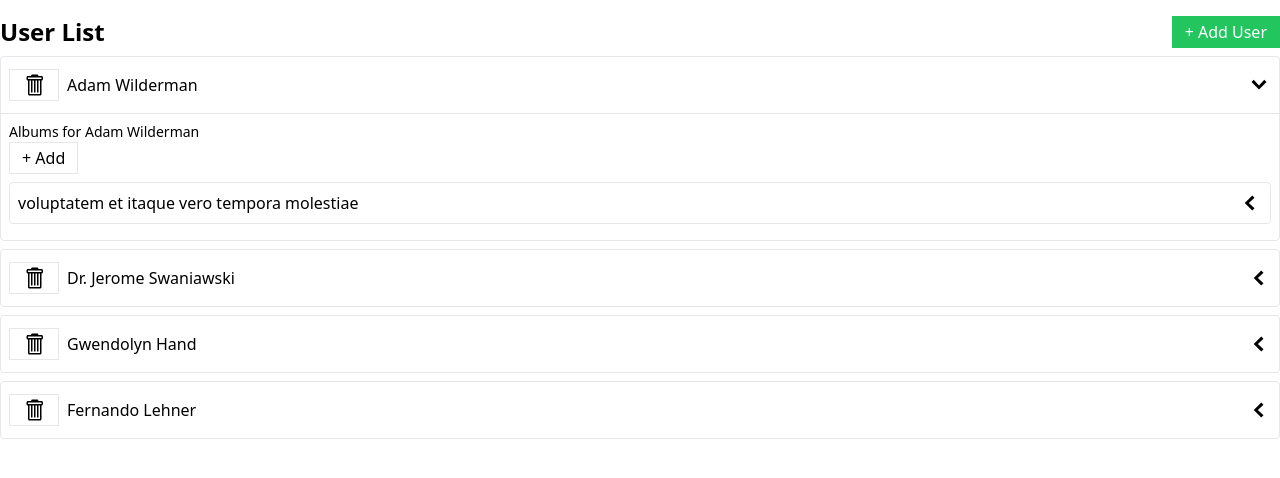
Repository: Marhamat92/users-app-redux-thunk-and-query
Page: /, after clicking the first element matching `div.p-2 > :nth-child(2)`
The author's editor kept a copy of each file at every save. The page is drawn from the files as they stood at one save, then again after the next save.
The browser window is 1280 px wide. The pictures show the whole page.
The project was rebuilt for these pictures with package versions that can differ from the ones it lists, and the page was loaded fresh each time. Requests to the local data server were answered from the project's data file.

Above is the page before, as saved 2023-02-02 17:55:21.

### src/index.js
import React from 'react';
import ReactDOM from 'react-dom/client';
import './index.css';
import App from './App';
import { Provider } from 'react-redux';
import { store } from './store';

const root = ReactDOM.createRoot(document.getElementById('root'));
root.render(
  <Provider store={store}>
    <App />
  </Provider>
);

### src/App.js
import UsersList from "./components/UsersList";


function App() {
  return (
    <div className="container mx-auto">
      <UsersList />
    </div>
  );
}

export default App;

### src/store/index.js
import { configureStore } from '@reduxjs/toolkit';
import { usersReducer } from './slices/usersSlice';
import {albumsApi} from './apis/albumsApi'; //we import the api that we created in the albumsApi.js
import {setupListeners} from '@reduxjs/toolkit/query'; //this is the function that we use //!to listen to the api

export const store = configureStore({
  reducer: {
    users: usersReducer,
    [albumsApi.reducerPath]:albumsApi.reducer //we add the reducer of the api to the store. there is another way: //!albums:albumsApi.reducer
  },
  middleware: (getDefaultMiddleware) => getDefaultMiddleware().concat(albumsApi.middleware) //we add the middleware of the api to the store
  //Middleware helps you with logging, error reporting, making asynchronous requests, and a whole lot more.
 });

setupListeners(store.dispatch); //we use this function to //!listen to the api

export * from './thunks/fetchUsers'; //  We are importing this here and exporting it from here so we can use it in App.js
export * from './thunks/addUser'; //  We are importing this here and exporting it from here so we can use it in App.js
export * from './thunks/removeUser'; //  We are importing this here and exporting it from here so we can use it in App.js
export {useFetchAlbumsQuery,useAddAlbumMutation} from './apis/albumsApi'; //we export the hook of the api to use it in the component

### src/components/UsersList.js
import React, { useEffect, useState } from 'react'
import { fetchUsers, addUser } from '../store'
import { useDispatch, useSelector } from 'react-redux'
import Skeleton from './Skeleton'
import Button from './Button'
import { useThunk } from '../hooks/use-thunk'
import UsersListItem from './UsersListItem'



function UsersList() {
  const dispatch = useDispatch()
  const { data } = useSelector((state) => {
    return state.users;
  });
  // const [isLoadingUsers, setIsLoadingUsers] = useState(false)  //!we removed these two lines because we are using hook useThunk
  // const [loadingUsersError, setLoadingUsersError] = useState(null)
  const [doFetchUsers, isLoadingUsers, loadingUsersError] = useThunk(fetchUsers) //!we are using useThunk hook to get the data from the server
  //! we deleted isLoading and error from destructring because we will use useState instead of isLoading and error which are isLoadingUsers and loadingUsersError
  // const [isAddingUser, setIsAddingUser] = useState(false)
  // const [addingUserError, setAddingUserError] = useState(null)
  const [doAddUser, isAddingUser, addingUserError] = useThunk(addUser) //!we are using useThunk hook to add the data to the server


  useEffect(() => {

    doFetchUsers(); //!we are using doFetchUsers instead of dispatch(fetchUsers()) because we are using useThunk hook
    //when we console log dispatch we see unwrap, so we ca use t to create a promise and then we can use then and catch to show the loading or error accordingly
  }, [doFetchUsers])

  const handleAddUser = () => {
    doAddUser()
  }

  let content;
  if (isLoadingUsers) {
    content = <Skeleton className="h-10 w-full" times={10} />
  } else if (loadingUsersError) {
    content = <div>Error while fetching data..</div>
  } else {
    content = data.map((user) => {
      return (
        <UsersListItem key={user.id} user={user} />
      )
    })
  }


  return (

    <div>
      <div className='flex flex-row justify-between items-center mt-4' >
        <h1 className='text-2xl font-bold' >User List</h1>
        <Button loading={isAddingUser} onClick={handleAddUser} success>
          + Add User
        </Button>
        {addingUserError && <div>Error while adding user</div>}
      </div>
      {content}
    </div>
  )
}

export default UsersList

### src/store/slices/usersSlice.js
import { createSlice } from '@reduxjs/toolkit';
import { fetchUsers } from '../thunks/fetchUsers';
import { addUser } from '../thunks/addUser';
import { removeUser } from '../thunks/removeUser';

const usersSlice = createSlice({
  name: "users",
  initialState: {
    data: [],
    // isLoading: false,
    // error: null,

  },
  reducers: {},// we don't need reducers here because we are not creating a slice, we are creating a slice for fetching users in src/store/thunks/fetchUsers.//js
  extraReducers(builder) {
    builder.addCase(fetchUsers.pending, (state, action) => { state.isLoading = true });
    builder.addCase(fetchUsers.fulfilled, (state, action) => { state.isLoading = false; state.data = action.payload; });
    builder.addCase(fetchUsers.rejected, (state, action) => { state.isLoading = false; state.error = action.payload; });
    builder.addCase(addUser.pending, (state, action) => { state.isLoading = true; })
    builder.addCase(addUser.fulfilled, (state, action) => { state.isLoading = false; state.data.push(action.payload) });
    builder.addCase(addUser.rejected, (state, action) => { state.isLoading = false; state.error = action.error });
    builder.addCase(removeUser.pending, (state, action) => { state.isLoading = true })
    builder.addCase(removeUser.fulfilled, (state, action) => { state.isLoading = false; state.data = state.data.filter(user => user.id !== action.payload.id) })
    builder.addCase(removeUser.rejected, (state, action) => { state.isLoading = false; state.error = action.error })
  }

});


//pending means that we are waiting for the response from the server
//fulfilled means that we got the response from the server
//rejected means that we got an error from the server

export const usersReducer = usersSlice.reducer;

### src/store/apis/albumsApi.js
 import { createApi,fetchBaseQuery} from '@reduxjs/toolkit/query/react'
  import {faker} from '@faker-js/faker'

 const albumsApi = createApi({
    reducerPath: 'albums',  //this is the name of the reducer that we will use in the store
    baseQuery: fetchBaseQuery({   //normally we cant use axios because of redux query has fetch function and its configuration is with fetchBaseQuery
      baseUrl: "http://localhost:3004"
    }),
    endpoints(builder){
      return {
        fetchAlbums:builder.query({ //we are making //!builder.query because we want to get data from the api and we can make //!builder.mutation if we want to send data to the api or delete or update
          query:(user)=>{ //we pass the user as a parameter to the query because we need the user id to get the albums of the user from the api and how we found user id in the thunk we pass it to the query
            return {
              url:'/albums',  //this is the url of the api that we add to base url
              params:{      //this is the query parameter that we add to the url ex: http://localhost:3004/albums?userId=1
                userId:user.id //we can add more than one parameter
              },
              method:'GET' //this is the method of the api
              //we don't add body because we don't need to send data to the api
            }
          }
        }),
        addAlbum:builder.mutation({ //we are making //!builder.mutation because we want to send data to the api
          query:(user)=>{
            return {
              url:'/albums',
              method:'POST',
              body:{   //this is the body of the api that we send to the api
                userId:user.id,
                title:faker.commerce.productName()
              }
            }
          }
        })
      }

    }

 });

 export const {useFetchAlbumsQuery, useAddAlbumMutation } = albumsApi; //this is the hook that we use in the component and we take this name from the name of the endpoint,it can be any name we want , for example we name it getAlbums and below we will use useGetAlbumsQuery
 export {albumsApi} //we export the api to use it in the store

### src/store/thunks/fetchUsers.js
import { createAsyncThunk } from "@reduxjs/toolkit";  // we use createAsyncThunk instead of createSlice here because we are not creating a slice, we are creating a thunk for fetching users
import axios from "axios";

const fetchUsers = createAsyncThunk('users/fetch', async () => {
  const response = await axios.get('http://localhost:3004/users')

  //!lets add short pause for development test to see if loading works or not (we will remove it later)
  await pause(1000) //! we are using await here because we want to wait for the pause to finish before we return the response.data
  return response.data;
})


//!lets add short pause for development test to see if loading works or not (we will remove it later)
const pause = (duration) => {
  return new Promise((resolve) => {
    setTimeout(
      resolve, duration)
  })
}


// when we create async thunk, fetchUsers.pending, fetchUsers.fulfilled, fetchUsers.rejected are automatically created and we can use them inside extraReducers in src/store/slices/usersSlice.js
//so fetchUsers.pending === 'users/fetch/pending', fetchUsers.fulfilled === 'users/fetch/fulfilled', fetchUsers.rejected === 'users/fetch/rejected'

//pending means that we are waiting for the response from the server
//fulfilled means that we got the response from the server
//rejected means that we got an error from the server

export { fetchUsers };

### src/store/thunks/addUser.js
import { createAsyncThunk } from '@reduxjs/toolkit';
import axios from 'axios';
import { faker } from '@faker-js/faker';

const addUser = createAsyncThunk('users/add', async () => {
  const response = await axios.post('http://localhost:3004/users', {
    name: faker.name.fullName(),
  });

  return response.data;
});

export { addUser };

### src/store/thunks/removeUser.js
import { createAsyncThunk } from '@reduxjs/toolkit';
import axios from 'axios';

const removeUser = createAsyncThunk(
  'users/remove', async (user) => {
    axios.delete(`http://localhost:3004/users/${user.id}`);
    return user;
  });

export { removeUser }

### src/components/Skeleton.js
import React from 'react'
import classNames from 'classnames'

function Skeleton({ times, className }) {

  const outerClassNames = classNames(
    'relative',
    'overflow-hidden',
    'bg-gray-200',
    'rounded',
    'mb-2.5',
    'mt-2.5',
    className
  );
  const innerClassNames = classNames(
    'animate-shimmer',
    'absolute',
    'inset-0',
    '-translate-x-full',
    'bg-gradient-to-r',
    'from-gray-200',
    'via-white',
    'to-gray-200',


  );

  const boxes = Array(times).fill(0).map((_, i) => {
    return (<div key={i} className={outerClassNames}>
      <div className={innerClassNames} />
    </div>)
  });



  return boxes
}

export default Skeleton

### src/components/Button.js
import className from 'classnames';
import { GoSync } from 'react-icons/go'

function Button({
  children,
  primary,
  secondary,
  success,
  warning,
  danger,
  outline,
  rounded,
  loading,
  ...rest
}) {
  const classes = className(
    rest.className,
    'flex items-center px-3 py-1.5 border h-8',
    {
      'opacity-80': loading,
      'border-blue-500 bg-blue-500 text-white': primary,
      'border-gray-900 bg-gray-900 text-white': secondary,
      'border-green-500 bg-green-500 text-white': success,
      'border-yellow-400 bg-yellow-400 text-white': warning,
      'border-red-500 bg-red-500 text-white': danger,
      'rounded-full': rounded,
      'bg-white': outline,
      'text-blue-500': outline && primary,
      'text-gray-900': outline && secondary,
      'text-green-500': outline && success,
      'text-yellow-400': outline && warning,
      'text-red-500': outline && danger,
    }
  );

  return (
    <button disabled={loading} {...rest} className={classes}>
      {loading ? <GoSync className="animate-spin" /> : children}
    </button>
  );
}

Button.propTypes = {
  checkVariationValue: ({ primary, secondary, success, warning, danger }) => {
    const count =
      Number(!!primary) +
      Number(!!secondary) +
      Number(!!warning) +
      Number(!!success) +
      Number(!!danger);

    if (count > 1) {
      return new Error(
        'Only one of primary, secondary, success, warning, danger can be true'
      );
    }
  },
};

export default Button;

### src/hooks/use-thunk.js
import { useState, useCallback } from 'react'
import { useDispatch } from 'react-redux'

export function useThunk(thunk) {
  const [isLoading, setIsLoading] = useState(false);
  const [error, setError] = useState(null);
  const dispatch = useDispatch();

  const runThunk = useCallback(
    (arg) => {
      setIsLoading(true);
      dispatch(thunk(arg))
        .unwrap()
        .catch((err) => setError(err))
        .finally(() => setIsLoading(false));
    },
    [dispatch, thunk]
  );

  return [runThunk, isLoading, error];
}

### src/components/UsersListItem.js
import React from 'react'
import { GoTrashcan } from 'react-icons/go';
import { removeUser } from '../store';
import Button from './Button';
import { useThunk } from '../hooks/use-thunk';
import ExpandablePanel from './ExpandablePanel';
import AlbumsList from './AlbumsList';


function UsersListItem({ user }) {
  const [doRemoveUser, isLoading, error] = useThunk(removeUser)

  const handleRemoveUser = () => {
    doRemoveUser(user)
  }

  const header = <>
    <Button onClick={handleRemoveUser} loading={isLoading} >
      <GoTrashcan className='text-2xl hover:text-red-500 cursor-pointer ' />
    </Button>
    <div className='flex p-2 justify-between items-center cursor-pointer' >{user.name}</div>
  </>

  return (<ExpandablePanel header={header} >
    <AlbumsList user={user} />
  </ExpandablePanel>
  )
}

export default UsersListItem

### src/components/ExpandablePanel.js
import React, { useState } from 'react'
import { GoChevronDown, GoChevronLeft } from 'react-icons/go'

function ExpandablePanel({ header, children }) {
  const [expanded, setExpanded] = useState(false)


  const toggleExpanded = () => {
    setExpanded(!expanded)
  }



  return (
    <div className="mb-2 border rounded mt-2">
      <div className="flex p-2 justify-between items-center ">
        <div className="flex flex-row items-center justify-between">
          {header}
        </div>
        <div className='cursor-pointer' onClick={toggleExpanded} >
          {expanded ? <GoChevronDown className='text-2xl' /> : <GoChevronLeft className='text-2xl' />}
        </div>
      </div>
      {
        expanded && <div className='p-2 border-t' >
          {children}
        </div>
      }

    </div>
  )
}

export default ExpandablePanel

### src/components/AlbumsList.js
import React from 'react'
import { useFetchAlbumsQuery,useAddAlbumMutation } from '../store';
import Skeleton from './Skeleton'
import Button from './Button'
import ExpandablePanel from './ExpandablePanel'



function AlbumsList({ user }) {

 const {data,error,isLoading} = useFetchAlbumsQuery(user) //we use the hook of the api to get the data from the api and we pass the user as a parameter to the query because we need the user id to get the albums of the user from the api. error and isLoading are the same as the other hooks which we use in the thunk and we use them to handle the errors and loading
//!we dont use useEffect because the hook of the api is a useEffect hook


const [addAlbum,results] = useAddAlbumMutation() //we use the hook of the api to send data to the api and we use the results to handle the errors and loading

const handleAddAlbum=()=>{
  addAlbum(user) //we pass the user as a parameter to the query because we need the user id to send the album to the api
}


 let content;
 if(isLoading){
    content = <Skeleton times={3} />
 } else if(error){
    content = <div>Error Fetching Albums....</div>
 }else{
    content = data.map((album)=>{
      return (
        <ExpandablePanel key={album.id} header={album.title}>
          Photos
        </ExpandablePanel>

      )
    })
 }



  return (
    <div>
      <div>
      <h1 className="text-sm">
      {`Albums for ${user.name}`}
      </h1>
<Button>+ Add</Button>
      </div>

      <div>
        {content}
      </div>
    </div>
  )
}

export default AlbumsList

### tailwind.config.js
/** @type {import('tailwindcss').Config} */
module.exports = {
  content: [
    "./src/**/*.{js,jsx,ts,tsx}",
  ],
  theme: {
    extend: {
      keyframes: {
        shimmer: {
          '100%': { transform: 'translateX(100%)' },
        },
      },
      animation: {
        shimmer: 'shimmer 1.5s infinite',
      },
      colors: {},
      fontFamily: {},
      fontSize: {},
      fontWeight: {},
      height: {},
      inset: {},
      letterSpacing: {},
      lineHeight: {},
      margin: {},
      maxHeight: {},
      maxWidth: {},
      minHeight: {},
      minWidth: {},
      opacity: {},
      padding: {},
      screens: {
        xs: "320px",
        sm: "640px",
        md: "768px",
        lg: "1024px",
        xl: "1280px",
        "2xl": "1536px",

      },
      spacing: {},
      stroke: {},
      strokeWidth: {},
      textColor: {},
      width: {},
      zIndex: {},
    },
  },
  plugins: [],
}

### db.json
{
  "users": [
    {
      "name": "Adam Wilderman",
      "id": 3
    },
    {
      "name": "Dr. Jerome Swaniawski",
      "id": 6
    },
    {
      "name": "Gwendolyn Hand",
      "id": 10
    },
    {
      "name": "Fernando Lehner",
      "id": 12
    }
  ],
  "albums": [
    {
      "id":10,
      "title":"voluptatem et itaque vero tempora molestiae",
      "userId":3
    },
    {
      "id":15,
      "title":"voluptatem et itaque",
      "userId":12
    }
  ],
  "photos": []
}

Loaded but not shown: public/index.html (common file); src/index.css (common file)

After the next save:
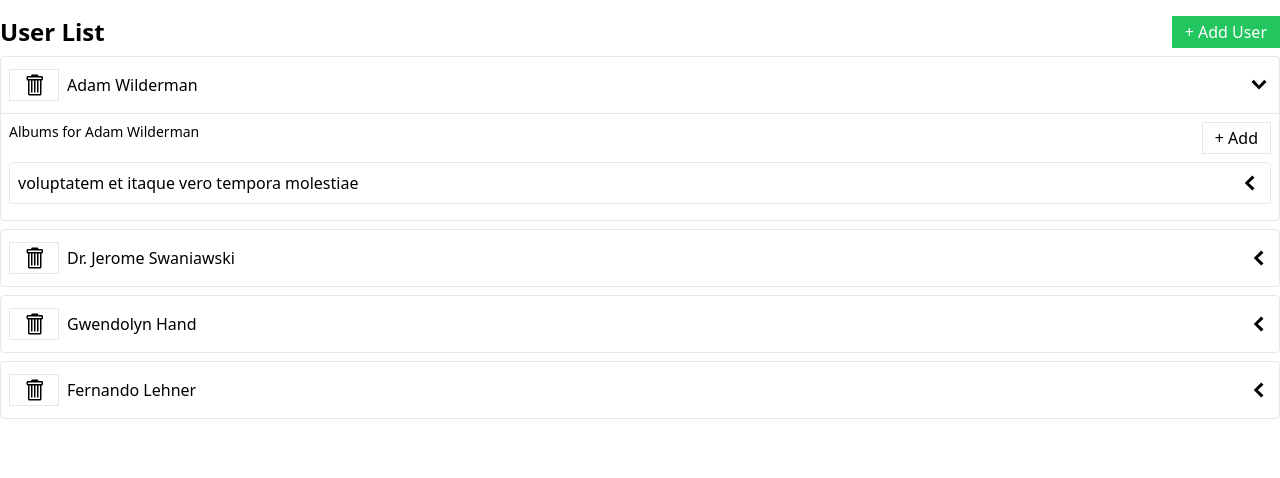
Saved 28 s later.
--- a/src/components/AlbumsList.js
+++ b/src/components/AlbumsList.js
@@ -39,11 +39,11 @@ const handleAddAlbum=()=>{
 
   return (
     <div>
-      <div>
+      <div className="flex flex-row justify-between">
       <h1 className="text-sm">
       {`Albums for ${user.name}`}
       </h1>
-<Button>+ Add</Button>
+      <Button>+ Add</Button>
       </div>
 
       <div>
